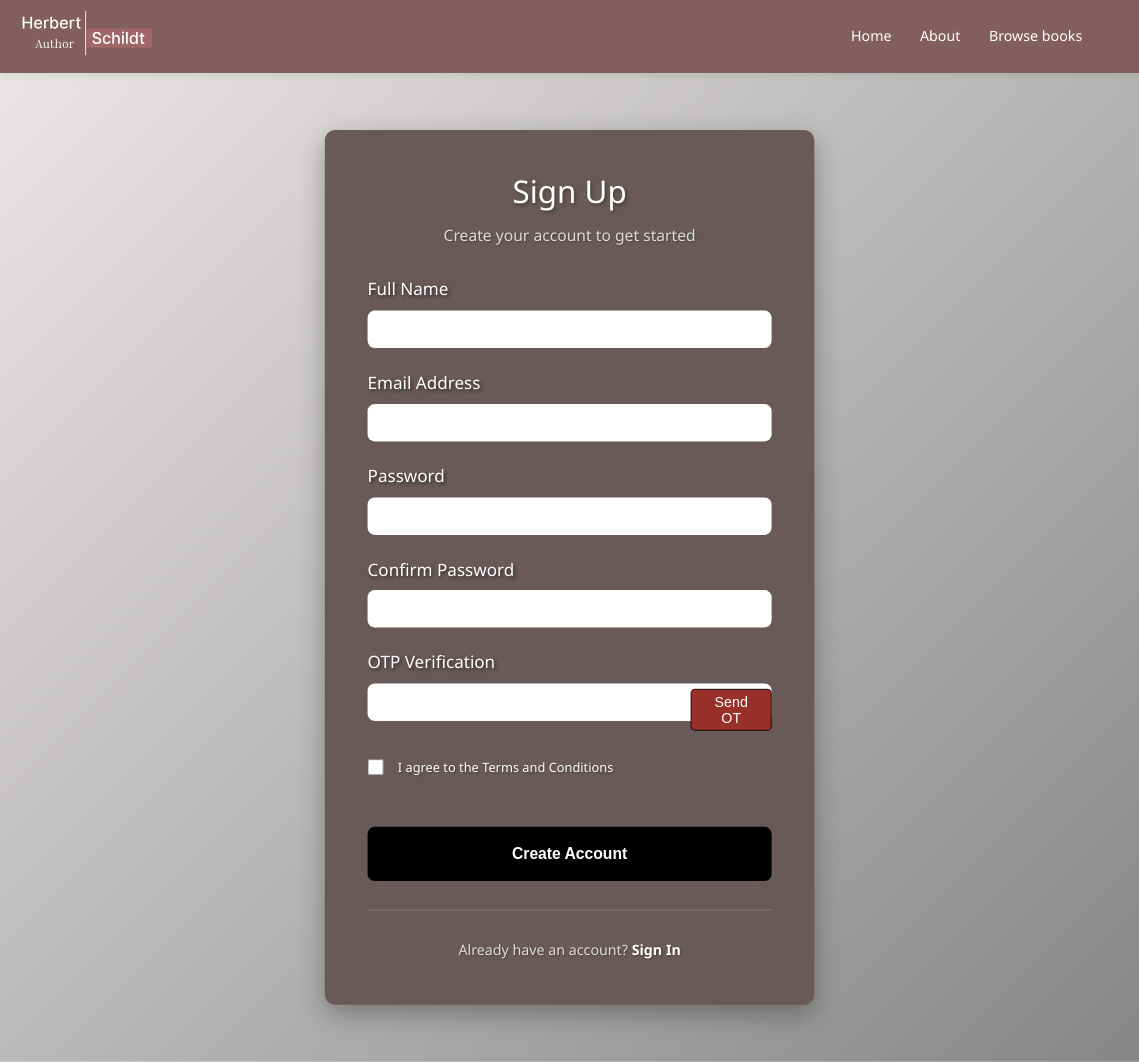
Repository: Darkrepo23/Author-Website-
Page: pages/signup.html
The author's editor kept a copy of each file at every save. The page is drawn from the files as they stood at one save, then again after the next save.
The browser window is 1280 px wide. The pictures show the whole page, at 89% of full size.

Above is the page before, as saved 2025-09-23 14:04:11.
Console error: SyntaxError: Unexpected token ':'

### pages/signup.html
<!DOCTYPE html>
<html lang="en">

<head>
    <meta charset="UTF-8">
    <meta name="viewport" content="width=device-width, initial-scale=1.0">
    <title>Sign Up - Herbert Schildt</title>
    <link rel="stylesheet" href="../css/styles.css">
    <link rel="stylesheet" href="../css/login.css">
    <link href="https://cdnjs.cloudflare.com/ajax/libs/font-awesome/6.0.0/css/all.min.css" rel="stylesheet">
</head>

<body>
    <!-- Header -->
    <header class="header">
        <div class="header-left">
            <div class="logo">
                <img src="../img/logo-white.svg" alt="Herbert Schildt Logo" class="logo-image">
            </div>
        </div>
        <nav class="nav">
            <a href="../index.html" class="nav-link">Home</a>
            <a href="About/about.html" class="nav-link">About</a>
            <a href="../browse-book.html" class="nav-link">Browse books</a>
        </nav>
    </header>

    <!-- Main Content -->
    <main class="main-content">
        <div class="login-container">
            <div class="login-card">
                <h2 class="login-title">Sign Up</h2>
                <p class="login-subtitle">Create your account to get started</p>

                <form class="login-form" id="signupForm">
                    <div class="form-group">
                        <label for="fullName">Full Name</label>
                        <input type="text" id="fullName" name="fullName" required>
                    </div>

                    <div class="form-group">
                        <label for="email">Email Address</label>
                        <input type="email" id="email" name="email" required>
                    </div>

                    <div class="form-group">
                        <label for="password">Password</label>
                        <input type="password" id="password" name="password" required>
                    </div>

                    <div class="form-group">
                        <label for="confirmPassword">Confirm Password</label>
                        <input type="password" id="confirmPassword" name="confirmPassword" required>
                    </div>

                    <div class="form-group">
                        <label for="OTP-confirmation">OTP Verification</label>
                        <input type="number" id="OTP-confirmation" name="confirmPassword" required>
                        <button class="res" id="send-OTP">Send OT</button>
                    </div>


                    <div class="form-options">
                        <label class="checkbox-label">
                            <input type="checkbox" id="agree" name="agree" required>
                            <span class="checkmark"></span>
                            I agree to the Terms and Conditions
                        </label>
                    </div>

                    <button type="submit" class="login-btn">Create Account</button>
                </form>

                <div class="signup-link">
                    <p>Already have an account? <a href="login.html">Sign In</a></p>
                </div>
            </div>
        </div>
    </main>

    <script src="../js/signup.js"></script>
    <script>
        document.addEventListener("DOMContentLoaded", function () {
            emailjs.init("-xbRzNSapSs8iD-WK"); // Initialize EmailJS

            const otpInput = document.getElementById("OTP-confirmation");
            const sendBtn = document.getElementById("send-OTP");
            const OTP_STORAGE_KEY = "OTPsign";
            const OTP_DURATION = 5 * 60; // 5 minutes in seconds
            let timerInterval = null;

            function generateOTP() {
                return Math.floor(10000 + Math.random() * 90000); // 5-digit OTP
            }

            function startTimer(duration) {
                let remaining = duration;
                sendBtn.disabled = true;

                if (timerInterval) clearInterval(timerInterval);
                timerInterval = setInterval(() => {
                    const minutes = Math.floor(remaining / 60);
                    const seconds = remaining % 60;
                    sendBtn.textContent = `${minutes}:${seconds < 10 ? "0" : ""}${seconds}`;
                    remaining--;

                    if (remaining < 0) {
                        clearInterval(timerInterval);
                        sendBtn.textContent = "Resend OTP";
                        sendBtn.disabled = false;
                    }
                }, 1000);
            }

            async function sendOTP() {
                const email = otpInput.dataset.email;
                if (!email) {
                    alert("No email found to send OTP.");
                    return;
                }

                // Remove old OTP if any
                localStorage.removeItem(OTP_STORAGE_KEY);

                const otp = generateOTP();
                localStorage.setItem(OTP_STORAGE_KEY, JSON.stringify({ email, pin: otp }));
                console.log("📨 OTP stored in localStorage:", otp);

                try {
                    await emailjs.send("service_b816d9f", "template_1yu5htt", {
                        to_email: email,
                        to_name: email,
                        otp_code: otp
                    });
                    console.log("✅ OTP sent via email!");
                } catch (err) {
                    console.error("❌ Failed to send OTP", err);
                    alert("Failed to send OTP. Try again.");
                    return;
                }

                startTimer(OTP_DURATION);
            }

            // First click/focus triggers OTP if none exists
            otpInput.addEventListener("focus", function () {
                if (!localStorage.getItem(OTP_STORAGE_KEY)) sendOTP();
            });

            // Click button to resend OTP
            sendBtn.addEventListener("click", function () {
                sendOTP();
            });
        });

    </script>
</body>

</html>

### css/styles.css
/* Reset and Base Styles */
* {
    margin: 0;
    padding: 0;
    box-sizing: border-box;
}

body {
    font-family: 'Segoe UI', Tahoma, Geneva, Verdana, sans-serif;
    line-height: 1.6;
    color: #333;
    background: linear-gradient(135deg, #EDE9E9, #878585);
}

/* Header Styles */
.header {
    background: #825E5E;
    color: white;
    padding: 1rem 2rem;
    display: flex;
    align-items: center;
    box-shadow: 0 2px 10px rgba(0,0,0,0.1);
}

.header-left .logo {
    display: flex;
    align-items: center;
    gap: 0.1rem;
    margin-left: -0.5rem;
    transform: translateY(-0.25rem);
}

.logo-image {
    height: 50px;
    width: auto;
    object-fit: contain;
}

.logo-left {
    display: flex;
    flex-direction: column;
    align-items: center;
}

.logo-left h1 {
    font-size: 1rem;
    font-weight: bold;
    margin: 0;
    transform: translateY(0.1rem);
}

.logo-left span {
    font-size: 0.6rem;
    opacity: 0.8;
    margin: 0;
    margin-left: 0;
    transform: translateY(0);
    text-align: center;
}

.logo-separator {
    font-size: 1.1rem;
    font-weight: 300;
    opacity: 0.7;
    margin: 0 0.1rem;
    transform: scaleY(2.5);
}

.logo-right h2 {
    font-size: 1rem;
    font-weight: bold;
    margin: 0;
    background: #B8860B;
    padding: 0.1rem 0.3rem;
    border-radius: 4px;
    transform: translateY(0.8rem);
}

.nav {
    display: flex;
    gap: 2rem;
    margin-left: auto;
    margin-right: 2rem;
}

.nav-link {
    color: white;
    text-decoration: none;
    font-weight: 500;
    transition: opacity 0.3s;
}

.nav-link:hover {
    opacity: 0.8;
}

.header-right {
    display: flex;
    align-items: center;
    gap: 2rem;
}

.cart-icon {
    position: relative;
    cursor: pointer;
    font-size: 1.5rem;
    transition: transform 0.3s;
}

.cart-icon:hover {
    transform: scale(1.1);
}

.cart-count {
    position: absolute;
    top: -8px;
    right: -8px;
    background: #dc3545;
    color: white;
    border-radius: 50%;
    width: 20px;
    height: 20px;
    display: flex;
    align-items: center;
    justify-content: center;
    font-size: 0.8rem;
    font-weight: bold;
}

.user-profile {
    display: flex;
    align-items: center;
    gap: 1rem;
}

.user-avatar {
    width: 40px;
    height: 40px;
    background: rgba(255,255,255,0.2);
    border-radius: 50%;
    display: flex;
    align-items: center;
    justify-content: center;
    font-size: 1.2rem;
}

.user-info {
    display: flex;
    flex-direction: column;
}

.user-name {
    font-weight: 600;
    font-size: 0.9rem;
}

.user-status {
    font-size: 0.8rem;
    opacity: 0.8;
}

/* Main Content Styles */
.main-content {
    max-width: 1200px;
    margin: 0 auto;
    padding: 2rem;
}

.section-title {
    font-size: 2.5rem;
    font-weight: bold;
    text-align: center;
    margin-bottom: 1rem;
    color: #2c3e50;
}

.section-description {
    text-align: center;
    font-size: 1.1rem;
    color: #666;
    margin-bottom: 2rem;
    max-width: 600px;
    margin-left: auto;
    margin-right: auto;
}

/* Browse Section */
.browse-section {
    text-align: center;
    margin-bottom: 4rem;
}

.search-container {
    display: flex;
    justify-content: center;
    gap: 0.5rem;
    max-width: 500px;
    margin: 0 auto;
}

.search-input {
    flex: 1;
    padding: 1rem;
    border: 2px solid #ddd;
    border-radius: 8px;
    font-size: 1rem;
    outline: none;
    transition: border-color 0.3s;
}

.search-input:focus {
    border-color: #8B4513;
}

.search-btn {
    background: #dc3545;
    color: white;
    border: none;
    padding: 1rem 1.5rem;
    border-radius: 8px;
    cursor: pointer;
    font-size: 1rem;
    transition: background-color 0.3s;
}

.search-btn:hover {
    background: #c82333;
}

/* Languages Section */
.languages-section {
    margin-bottom: 4rem;
}

.languages-section .section-title {
    font-size: 2rem;
    margin-bottom: 2rem;
}

.language-cards {
    display: flex;
    justify-content: center;
    gap: 2rem;
    max-width: 900px;
    margin: 0 auto;
    flex-wrap: wrap;
}

.language-card {
    background: #495057;
    color: white;
    padding: 2rem;
    border-radius: 12px;
    text-align: center;
    cursor: pointer;
    transition: transform 0.3s, box-shadow 0.3s;
}

.language-card:hover {
    transform: translateY(-5px);
    box-shadow: 0 10px 25px rgba(0,0,0,0.2);
}

.language-icon {
    font-size: 3rem;
    margin-bottom: 1rem;
    color: white;
    display: flex;
    align-items: center;
    justify-content: center;
}

.language-card h4 {
    font-size: 1.5rem;
    margin-bottom: 0.5rem;
}

.language-card p {
    opacity: 0.9;
    font-size: 1rem;
}

/* Featured Books Section */
.featured-section {
    margin-bottom: 4rem;
}

.featured-section .section-title {
    font-size: 2rem;
    margin-bottom: 2rem;
}

.books-grid {
    display: grid;
    grid-template-columns: repeat(auto-fit, minmax(350px, 1fr));
    gap: 2rem;
    margin-bottom: 2rem;
    justify-items: center;
    max-width: 1200px;
    margin-left: auto;
    margin-right: auto;
}

.book-card {
    background: white;
    border-radius: 12px;
    overflow: hidden;
    box-shadow: 0 5px 15px rgba(0,0,0,0.1);
    transition: transform 0.3s, box-shadow 0.3s;
    width: 100%;
    max-width: 350px;
    min-height: 500px;
    display: flex;
    flex-direction: column;
}

.book-card:hover {
    transform: translateY(-5px);
    box-shadow: 0 15px 30px rgba(0,0,0,0.15);
}

.book-cover {
    height: 200px;
    min-height: 200px;
    max-height: 200px;
    display: flex;
    align-items: center;
    justify-content: center;
    color: white;
    font-weight: bold;
    text-align: center;
    padding: 1rem;
    position: relative;
    flex-shrink: 0;
}

.book-cover.java {
    background: linear-gradient(135deg, #dc3545, #c82333);
}

.book-cover.c {
    background: linear-gradient(135deg, #fd7e14, #e55a00);
}

.book-cover.cpp {
    background: repeating-linear-gradient(
        45deg,
        #000,
        #000 10px,
        #fff 10px,
        #fff 20px
    );
    color: #000;
}

.book-cover.csharp {
    background: linear-gradient(135deg, #68217A, #512BD4);
}

.book-cover.python {
    background: linear-gradient(135deg, #3776AB, #FFD43B);
    color: #000;
}

.book-banner {
    position: absolute;
    top: 10px;
    right: 10px;
    background: #dc3545;
    color: white;
    padding: 0.25rem 0.5rem;
    border-radius: 4px;
    font-size: 0.8rem;
    font-weight: bold;
}

.book-info {
    padding: 1.5rem;
    flex: 1;
    display: flex;
    flex-direction: column;
    justify-content: space-between;
}

.book-title {
    font-size: 1.3rem;
    font-weight: bold;
    margin-bottom: 0.5rem;
    color: #2c3e50;
}

.book-description {
    color: #666;
    margin-bottom: 1rem;
    line-height: 1.5;
}

.book-rating {
    display: flex;
    align-items: center;
    gap: 0.5rem;
    margin-bottom: 1rem;
}

.stars {
    color: #ffc107;
}

.rating-score {
    font-weight: bold;
    color: #2c3e50;
}

.book-price {
    font-size: 1.5rem;
    font-weight: bold;
    color: #2c3e50;
    margin-bottom: 1rem;
}

.book-actions {
    display: flex;
    gap: 1rem;
    margin-top: auto;
}

.preview-btn {
    background: white;
    color: #2c3e50;
    border: 2px solid #ddd;
    padding: 0.75rem 1.5rem;
    border-radius: 8px;
    cursor: pointer;
    font-weight: 500;
    transition: all 0.3s;
    display: flex;
    align-items: center;
    gap: 0.5rem;
}

.preview-btn:hover {
    border-color: #8B4513;
    color: #8B4513;
}

.add-to-cart-btn {
    background: #dc3545;
    color: white;
    border: none;
    padding: 0.75rem 1.5rem;
    border-radius: 8px;
    cursor: pointer;
    font-weight: 500;
    transition: background-color 0.3s;
    display: flex;
    align-items: center;
    gap: 0.5rem;
    flex: 1;
}

.add-to-cart-btn:hover {
    background: #c82333;
}

.load-more-btn {
    background: #dc3545;
    color: white;
    border: none;
    padding: 1rem 2rem;
    border-radius: 8px;
    cursor: pointer;
    font-size: 1rem;
    font-weight: 500;
    transition: background-color 0.3s;
    display: block;
    margin: 0 auto;
}

.load-more-btn:hover {
    background: #c82333;
}

/* Footer Styles */
.footer {
    background: #495057;
    color: white;
    padding: 3rem 2rem 1rem;
}

.footer-content {
    max-width: 1200px;
    margin: 0 auto;
    display: grid;
    grid-template-columns: 1fr 1fr;
    gap: 3rem;
    margin-bottom: 2rem;
}

.footer-left h4,
.footer-right h4 {
    font-size: 1.5rem;
    margin-bottom: 1rem;
    color: #fff;
}

.footer-left p {
    margin-bottom: 1.5rem;
    line-height: 1.6;
    opacity: 0.9;
}

.social-icons {
    display: flex;
    gap: 1rem;
}

.social-icon {
    width: 40px;
    height: 40px;
    background: #000;
    border-radius: 50%;
    display: flex;
    align-items: center;
    justify-content: center;
    color: white;
    text-decoration: none;
    transition: background-color 0.3s;
}

.social-icon:hover {
    background: #dc3545;
}

.contact-info {
    display: flex;
    flex-direction: column;
    gap: 1rem;
}

.contact-item {
    display: flex;
    align-items: center;
    gap: 1rem;
}

.contact-item i {
    width: 20px;
    color: #dc3545;
}

.footer-bottom {
    text-align: center;
    padding-top: 2rem;
    border-top: 1px solid rgba(255,255,255,0.1);
    opacity: 0.8;
}

/* Modal Styles */
.cart-modal,
.preview-modal {
    display: none;
    position: fixed;
    top: 0;
    left: 0;
    width: 100%;
    height: 100%;
    background: rgba(0,0,0,0.5);
    z-index: 1000;
}

.cart-content,
.preview-content {
    position: absolute;
    top: 50%;
    left: 50%;
    transform: translate(-50%, -50%);
    background: white;
    padding: 2rem;
    border-radius: 12px;
    max-width: 500px;
    width: 90%;
    max-height: 80vh;
    overflow-y: auto;
}

.cart-header,
.preview-header {
    display: flex;
    justify-content: space-between;
    align-items: center;
    margin-bottom: 1.5rem;
    padding-bottom: 1rem;
    border-bottom: 1px solid #ddd;
}

.close-cart,
.close-preview {
    background: none;
    border: none;
    font-size: 1.5rem;
    cursor: pointer;
    color: #666;
}

.close-cart:hover,
.close-preview:hover {
    color: #dc3545;
}

.cart-items {
    margin-bottom: 1.5rem;
}

.cart-item {
    display: flex;
    justify-content: space-between;
    align-items: center;
    padding: 1rem 0;
    border-bottom: 1px solid #eee;
}

.cart-item-info h5 {
    margin-bottom: 0.25rem;
}

.cart-item-price {
    font-weight: bold;
    color: #dc3545;
}

.remove-item {
    background: #dc3545;
    color: white;
    border: none;
    padding: 0.5rem;
    border-radius: 4px;
    cursor: pointer;
    font-size: 0.8rem;
}

.cart-total {
    font-size: 1.2rem;
    font-weight: bold;
    text-align: right;
    margin-bottom: 1rem;
    padding-top: 1rem;
    border-top: 2px solid #ddd;
}

.checkout-btn {
    background: #28a745;
    color: white;
    border: none;
    padding: 1rem 2rem;
    border-radius: 8px;
    cursor: pointer;
    font-size: 1rem;
    font-weight: 500;
    width: 100%;
    transition: background-color 0.3s;
}

.checkout-btn:hover {
    background: #218838;
}

/* Responsive Design */
@media (max-width: 768px) {
    .header {
        flex-direction: column;
        gap: 1rem;
        padding: 1rem;
    }

    .header-right {
        gap: 1rem;
    }

    .main-content {
        padding: 1rem;
    }

    .section-title {
        font-size: 2rem;
    }

    .language-cards {
        flex-direction: column;
        align-items: center;
        gap: 1.5rem;
    }

    .books-grid {
        grid-template-columns: 1fr;
        justify-items: center;
    }

    .footer-content {
        grid-template-columns: 1fr;
        gap: 2rem;
    }

    .search-container {
        flex-direction: column;
    }

    .book-actions {
        flex-direction: column;
    }
}

@media (max-width: 480px) {
    .header {
        padding: 0.5rem;
    }

    .logo-left h1 {
        font-size: 1.2rem;
    }

    .logo-right h2 {
        font-size: 1.1rem;
    }

    .logo-separator {
        font-size: 1.5rem;
    }

    .main-content {
        padding: 0.5rem;
    }

    .section-title {
        font-size: 1.5rem;
    }

    .cart-content,
    .preview-content {
        width: 95%;
        padding: 1rem;
    }
}

### css/login.css
/* Login Page Styles */
.login-container {
    display: flex;
    justify-content: center;
    align-items: center;
    min-height: calc(100vh - 200px);
    padding: 2rem;
}

.login-card {
    background: #695959;
    color: white;
    padding: 2.5rem 3rem 3rem 3rem;
    border-radius: 12px;
    box-shadow: 0 10px 30px rgba(0, 0, 0, 0.3);
    width: 100%;
    max-width: 550px;
}

.login-title {
    font-size: 2.2rem;
    font-weight: 500;
    text-align: center;
    margin-bottom: 0.5rem;
    color: white;
    text-shadow: 2px 2px 4px rgba(0, 0, 0, 0.3);
}

.login-subtitle {
    text-align: center;
    color: rgba(255, 255, 255, 0.8);
    margin-bottom: 2rem;
    font-size: 1.1rem;
    text-shadow: 1px 1px 2px rgba(0, 0, 0, 0.3);
}

.login-form {
    display: flex;
    flex-direction: column;
    gap: 1.5rem;
}

.form-group {
    display: flex;
    flex-direction: column;
    gap: 0.5rem;
}

.form-group label {
    font-weight: 500;
    color: white;
    font-size: 1.2rem;
    text-shadow: 2px 2px 4px rgba(0, 0, 0, 0.5);
}

.form-group input {
    padding: 0.75rem;
    border: none;
    border-radius: 8px;
    font-size: 1rem;
    background: white;
    color: #333;
    transition: box-shadow 0.3s;
}

.form-group input:focus {
    outline: none;
    box-shadow: 0 0 0 3px rgba(139, 69, 19, 0.3);
}

.form-options {
    display: flex;
    justify-content: space-between;
    align-items: center;
    margin: 1rem 0;
    position: relative;
}

.checkbox-label {
    display: flex;
    align-items: center;
    gap: 0.5rem;
    cursor: pointer;
    color: white;
    font-size: 0.9rem;
    text-shadow: 1px 1px 2px rgba(0, 0, 0, 0.3);
}

.checkbox-label input[type="checkbox"] {
    width: 18px;
    height: 18px;
    margin: 0;
}

.forgot-link {
    color: #B3B3E8;
    text-decoration: none;
    font-size: 0.9rem;
    transition: color 0.3s;
    text-shadow: 1px 1px 2px rgba(0, 0, 0, 0.3);
}

.forgot-link:hover {
    color: #B3B3E8;
    text-decoration: underline;
}

.login-btn {
    background: #000000;
    color: white;
    border: 4px solid #000000;
    padding: 1rem 2rem;
    border-radius: 8px;
    font-size: 1.1rem;
    font-weight: 900;
    cursor: pointer;
    transition: all 0.3s;
    margin-top: 1rem;
}

.login-btn:hover {
    background: #333333;
}

.signup-link {
    text-align: center;
    margin-top: 2rem;
    padding-top: 2rem;
    border-top: 1px solid rgba(255, 255, 255, 0.2);
}

.signup-link p {
    color: rgba(255, 255, 255, 0.8);
    margin: 0;
    text-shadow: 1px 1px 2px rgba(0, 0, 0, 0.3);
}

.signup-link a {
    color: white;
    text-decoration: none;
    font-weight: 600;
    transition: color 0.3s;
    text-shadow: 1px 1px 2px rgba(0, 0, 0, 0.3);
}

.signup-link a:hover {
    color: white;
    text-decoration: underline;
}


.form-group {
    position: relative;
}

.res {
    position: absolute;
    top: 55%;
    padding: 0.3rem 1rem;
    font-size: 1rem;
    border: 1px solid black;
    border-radius: 5px;
    color: white;
    left: 80%;
    cursor: pointer;
    background-color: rgb(153, 49, 42);
}

.res:active {
    scale: 0.9;
}





/* Responsive Design */
@media (max-width: 768px) {
    .login-container {
        padding: 1rem;
    }

    .login-card {
        padding: 2rem;
    }

    .login-title {
        font-size: 2rem;
    }

    .form-options {
        flex-direction: column;
        gap: 1rem;
        align-items: flex-start;
    }
}

@media (max-width: 480px) {
    .login-card {
        padding: 1.5rem;
    }

    .login-title {
        font-size: 1.8rem;
    }

    .login-subtitle {
        font-size: 1rem;
    }
}

Loaded but not shown: js/signup.js (147 lines, source omitted)

After the next save:
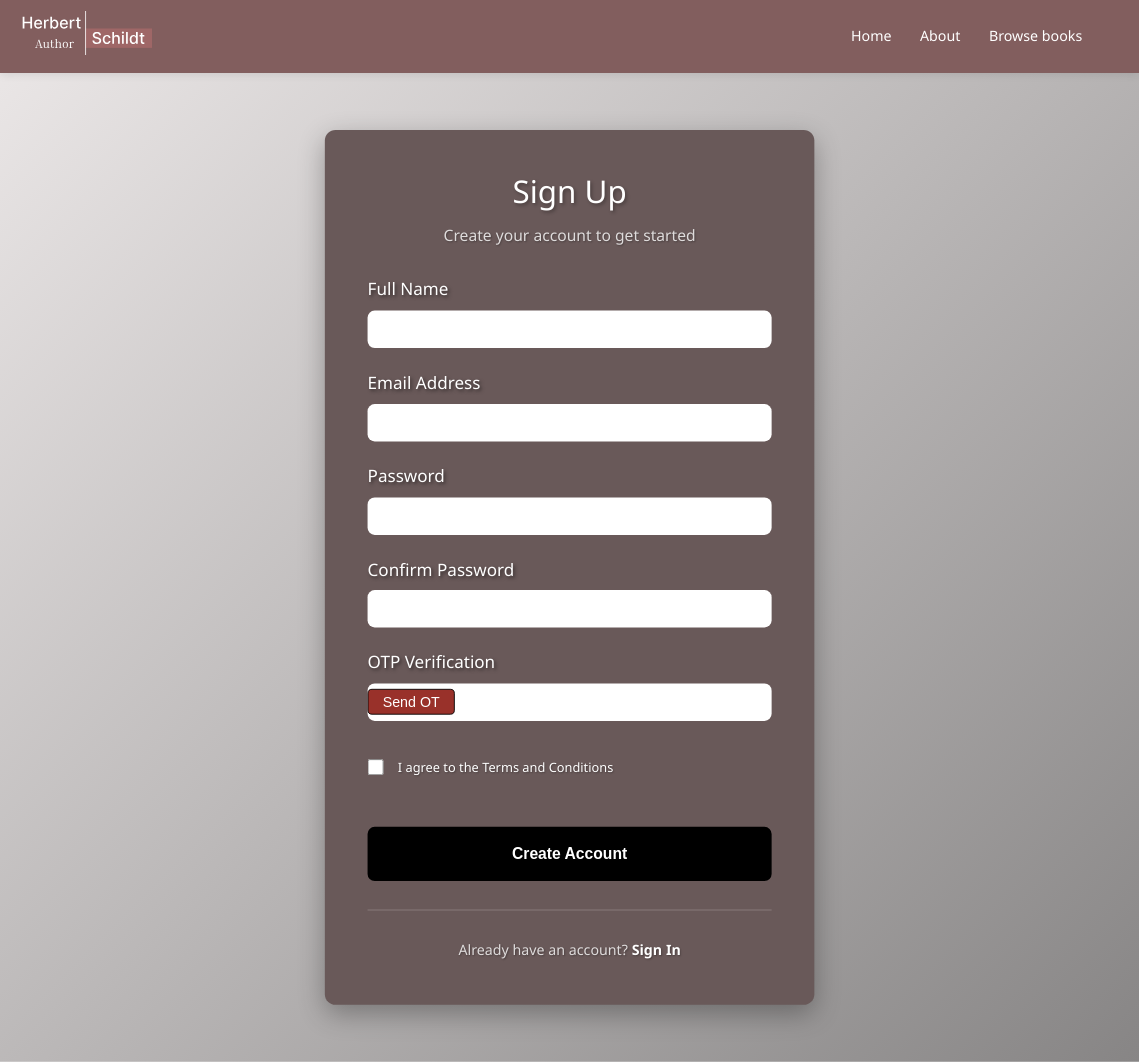
Saved 17 s later.
--- a/css/login.css
+++ b/css/login.css
@@ -161,7 +161,7 @@
     border: 1px solid black;
     border-radius: 5px;
     color: white;
-    left: 80%;
+    left: 0%;
     cursor: pointer;
     background-color: rgb(153, 49, 42);
 }
